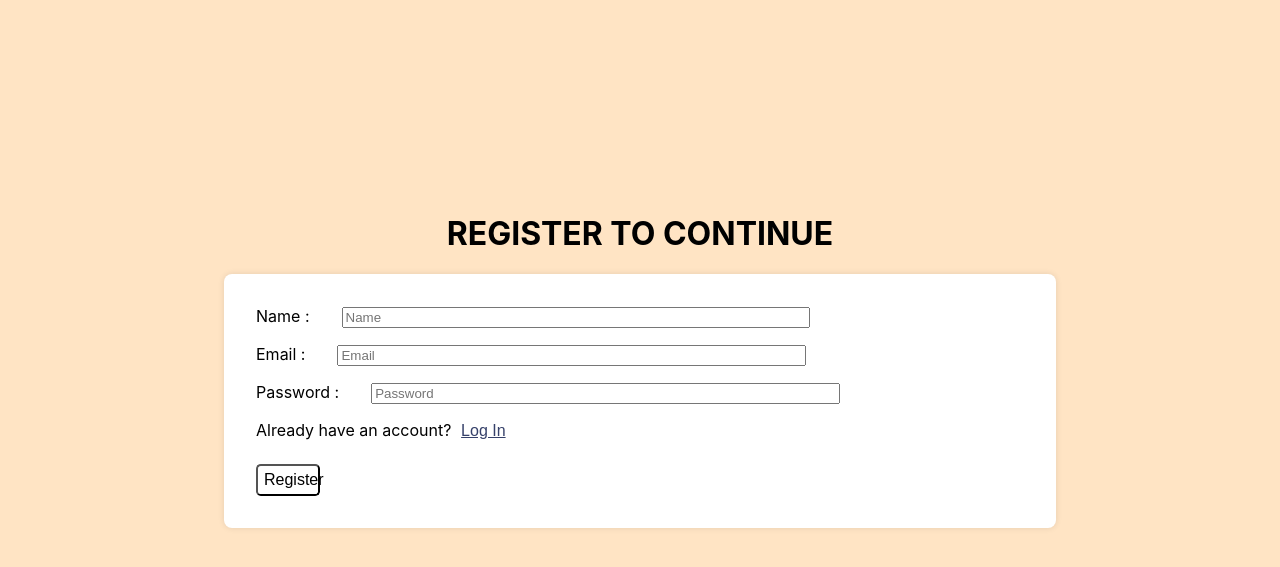
Repository: drumsmanku/test-1
Page: /register (app in client/)
The author's editor kept a copy of each file at every save. The page is drawn from the files as they stood at one save, then again after the next save.
The browser window is 1280 px wide. The pictures show the whole page.
The project was rebuilt for these pictures with package versions that can differ from the ones it lists, and the page was loaded fresh each time. Also part of the build but not shown: client/src/App.css, client/src/Components/Login/Login.module.css, client/src/Components/Login/Login.js.

Above is the page before, as saved 2023-08-31 11:04:50.

### client/src/App.js
import './App.css';
import {BrowserRouter as Router, Route, Routes} from 'react-router-dom';
import Login from './Components/Login/Login';
import Register from './Components/Register/Register';

function App() {
  return (
    <div className="App">
      <Router>
        <Routes>
          <Route path='/' element={<Login/>}/>
          <Route path='/register' element={<Register/>}/>
        </Routes>
      </Router>
    </div>
  );
}

export default App;

### client/src/Components/Register/Register.js
import React from 'react';
import styles from './Register.module.css';
import { useState } from 'react';
import { useNavigate } from 'react-router-dom';
import axios from 'axios';


function Register() {
  const navigate = useNavigate();
  const [check, setCheck]=useState(true)
  const [user, setUser]=useState({
    name:'',
    email:'',
    password:'',
  });
  const handleChange =(event)=>{
    setUser({
      ...user,
      [event.target.name]:event.target.value
    });
  };
  const register=(event)=>{
    event.preventDefault();
    axios.post('http://localhost:4000/register', user)
    .then(res=>{
      localStorage.setItem('token', res.data.token);
      localStorage.setItem('user', res.data.name);
      const tokenData=localStorage.getItem('token');
      if(tokenData!=='undefined'){
        setCheck(true);
        navigate('/recording')
      }
      else{
        setCheck(false);
      }
    })
  }
  return (
    <div className={styles.container}>
      <h1>REGISTER TO CONTINUE</h1>
      <div className={styles.registerContainer}>
        <form style={{ width:'100%', display:'flex', flexDirection:'column'}}>

            <div style={{marginBottom:'1rem'}}>
              <label htmlFor="name">Name :</label>
              <input type="text" name='name' value={user.name} onChange={handleChange}  placeholder='Name' style={{width:'60%',marginLeft:'2rem' }} />
            </div>

            <div style={{marginBottom:'1rem'}}>
              <label htmlFor="email">Email :</label>
              <input type="email" name='email' value={user.email} onChange={handleChange}  placeholder='Email' style={{width:'60%',marginLeft:'2rem' }} />
            </div>

            <div style={{marginBottom:'1rem'}}>
              <label htmlFor="password">Password :</label>
              <input type="password" name='password' value={user.password} onChange={handleChange}  placeholder='Password' style={{width:'60%',marginLeft:'2rem' }} />
            </div>

            <span style={{marginBottom:'1.5rem'}}>Already have an account?<button style={{background:'none', color:'#36416A', fontSize:'medium', marginLeft:0, padding:0, width:'4rem', cursor:'pointer', border:'none', textDecoration:'underline'}} onClick={()=>{navigate('/')}}>Log In</button> </span>

            <div>
              <button className={styles.button} onClick={register} type='submit'> Register</button>
            </div>
            {
              !check && (<p>Account already exist, Please login</p>)
            }
        </form>

      </div>
    </div>
  )
}

export default Register

### client/src/Components/Register/Register.module.css
.container{
  background-color: bisque;
  height: 100vh;
  width: 100%;
  display: flex;
  align-items: center;
  justify-content: center;
  flex-direction: column;
}
.registerContainer{
  width: 60%;
  display: flex;
  background-color: white;
  box-shadow: 0 0 0.4rem 	rgb(0,0,0, 0.1);
  border-radius: 0.5rem;
  padding: 2rem;
  justify-content: center;

}
.button{
  background: none;
  border-radius: 0.3rem;
  height: 2rem;
  width: 4rem;
  font-size: medium;
  cursor: pointer;
}

Loaded but not shown: client/public/index.html (common file); client/src/index.js (common file); client/src/index.css (common file)

After the next save:
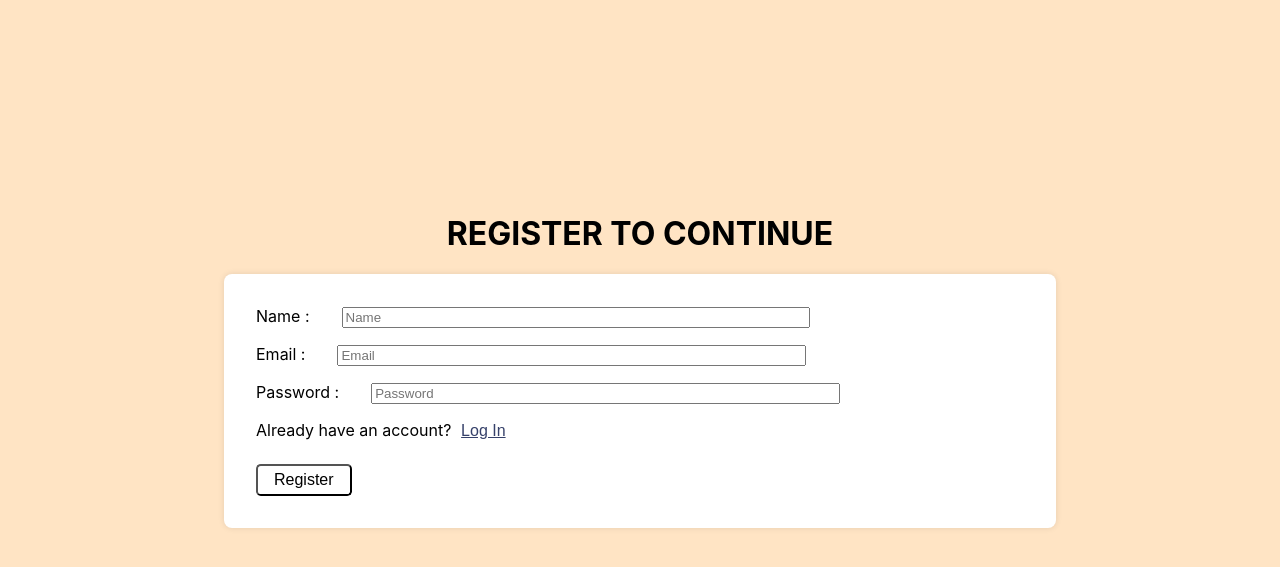
Saved 74 s later.
--- a/client/src/Components/Register/Register.module.css
+++ b/client/src/Components/Register/Register.module.css
@@ -21,7 +21,7 @@
   background: none;
   border-radius: 0.3rem;
   height: 2rem;
-  width: 4rem;
+  padding:0 1rem 0 1rem;
   font-size: medium;
   cursor: pointer;
 }
